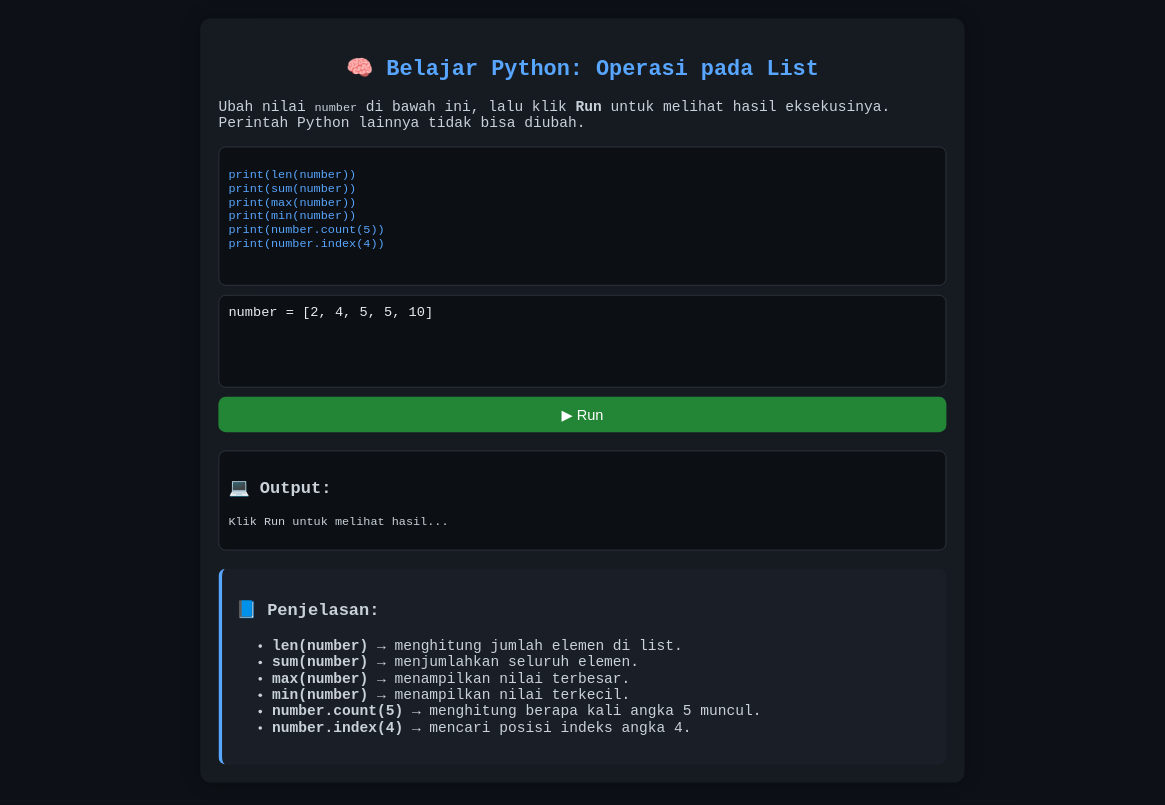
Repository: smkmutipugademak/Array
Page: index.html
An editor plug-in stored every save of this project. The page is shown before and after the next save, followed by the edit.
The browser window is 1280 px wide. The pictures show the whole page, at 91% of full size.

Above is the page before, as saved 2025-11-11 04:31:56.

After the next save:
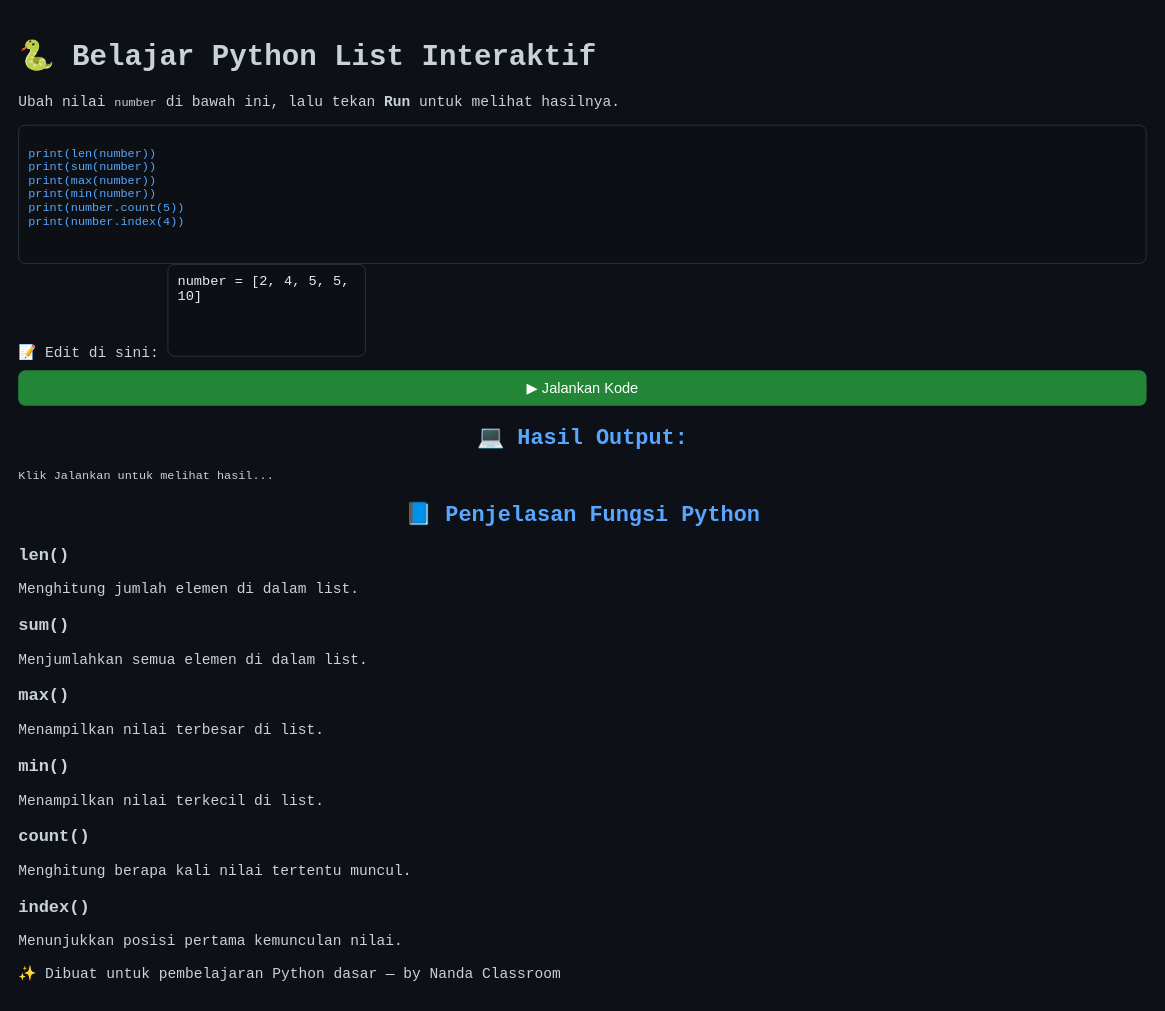
Saved 81 s later.
--- a/index.html
+++ b/index.html
@@ -4,53 +4,81 @@
 <head>
     <meta charset="UTF-8">
     <meta name="viewport" content="width=device-width, initial-scale=1.0">
-    <title>Belajar Python List Interaktif</title>
+    <title>Kelas Interaktif Python - Belajar List</title>
     <link rel="stylesheet" href="style.css">
 </head>
 
 <body>
-    <div class="container">
-        <h2>🧠 Belajar Python: Operasi pada List</h2>
-        <p class="desc">
-            Ubah nilai <code>number</code> di bawah ini, lalu klik <b>Run</b> untuk melihat hasil eksekusinya.<br>
-            Perintah Python lainnya tidak bisa diubah.
-        </p>
+    <div class="app-container">
+        <header>
+            <h1>🐍 Belajar Python List Interaktif</h1>
+            <p>Ubah nilai <code>number</code> di bawah ini, lalu tekan <b>Run</b> untuk melihat hasilnya.</p>
+        </header>
 
-        <div class="editor-box">
-            <div class="readonly-code">
-                <pre>
+        <section class="editor-section">
+            <div class="code-wrapper">
+                <div class="readonly-code">
+                    <pre>
 print(len(number))
 print(sum(number))
 print(max(number))
 print(min(number))
 print(number.count(5))
 print(number.index(4))
-                </pre>
+          </pre>
+                </div>
+
+                <div class="editable-area">
+                    <label for="editable">📝 Edit di sini:</label>
+                    <textarea id="editable">number = [2, 4, 5, 5, 10]</textarea>
+                </div>
             </div>
-            <textarea id="editable" spellcheck="false">number = [2, 4, 5, 5, 10]</textarea>
-        </div>
 
-        <button id="runBtn">▶ Run</button>
+            <button id="runBtn">▶ Jalankan Kode</button>
+        </section>
 
-        <div class="output-box">
-            <h3>💻 Output:</h3>
-            <pre id="output">Klik Run untuk melihat hasil...</pre>
-        </div>
+        <section class="output-section">
+            <h2>💻 Hasil Output:</h2>
+            <pre id="output">Klik Jalankan untuk melihat hasil...</pre>
+        </section>
 
-        <div class="explanation">
-            <h3>📘 Penjelasan:</h3>
-            <ul>
-                <li><b>len(number)</b> → menghitung jumlah elemen di list.</li>
-                <li><b>sum(number)</b> → menjumlahkan seluruh elemen.</li>
-                <li><b>max(number)</b> → menampilkan nilai terbesar.</li>
-                <li><b>min(number)</b> → menampilkan nilai terkecil.</li>
-                <li><b>number.count(5)</b> → menghitung berapa kali angka 5 muncul.</li>
-                <li><b>number.index(4)</b> → mencari posisi indeks angka 4.</li>
-            </ul>
-        </div>
+        <section class="learning-section">
+            <h2>📘 Penjelasan Fungsi Python</h2>
+            <div class="info-grid">
+                <div class="card">
+                    <h3>len()</h3>
+                    <p>Menghitung jumlah elemen di dalam list.</p>
+                </div>
+                <div class="card">
+                    <h3>sum()</h3>
+                    <p>Menjumlahkan semua elemen di dalam list.</p>
+                </div>
+                <div class="card">
+                    <h3>max()</h3>
+                    <p>Menampilkan nilai terbesar di list.</p>
+                </div>
+                <div class="card">
+                    <h3>min()</h3>
+                    <p>Menampilkan nilai terkecil di list.</p>
+                </div>
+                <div class="card">
+                    <h3>count()</h3>
+                    <p>Menghitung berapa kali nilai tertentu muncul.</p>
+                </div>
+                <div class="card">
+                    <h3>index()</h3>
+                    <p>Menunjukkan posisi pertama kemunculan nilai.</p>
+                </div>
+            </div>
+        </section>
+
+        <footer>
+            <p>✨ Dibuat untuk pembelajaran Python dasar — by Nanda Classroom</p>
+        </footer>
     </div>
 
-    <script src="script.js"></script>
+    <script src="https://cdn.jsdelivr.net/pyodide/v0.24.1/full/pyodide.mjs" type="module"></script>
+    <script type="module" src="script.js"></script>
 </body>
 
 </html>
